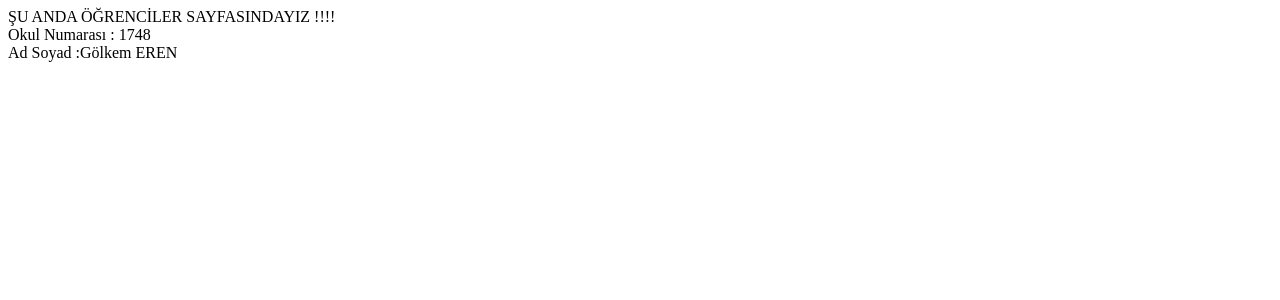
Repository: golkemeren/IleriJava101Java201Java301
Page: http://localhost/Displatcher_10/ogrenciler
The author's editor kept a copy of each file at every save. The page is drawn from the files as they stood at one save, then again after the next save.
The browser window is 1280 px wide. The pictures show the whole page.
The page is served by Tomcat 10.

Above is the page before, as saved 2023-03-22 20:23:16.

After the next save:
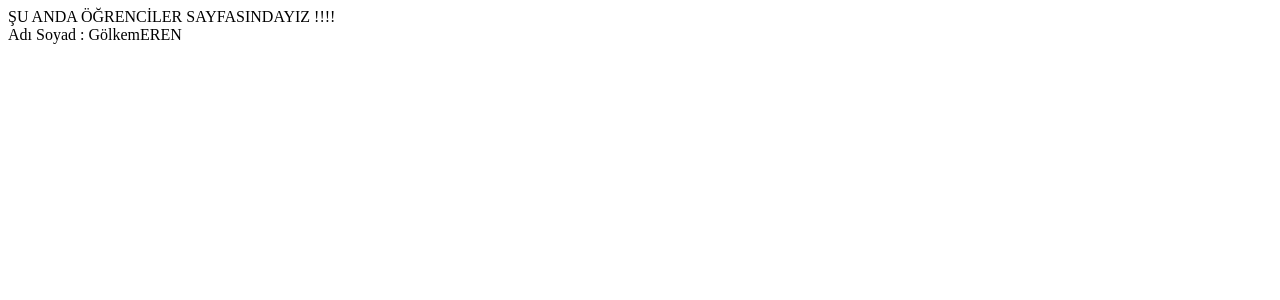
Saved 86 min 35 s later.
--- a/Displatcher_10/src/main/webapp/jspUseBean/ogrenciler.jsp
+++ b/Displatcher_10/src/main/webapp/jspUseBean/ogrenciler.jsp
@@ -16,9 +16,7 @@
 
  <% Ogrenci o = (Ogrenci)request.getAttribute("ogrenci");%>
 
- <%= "Okul Numarası : " +o.getNo() + "<br>"
-		+ "Ad Soyad :" + o.getAd()+ " " +  o.getSoyad()
- %>
+ <%= "Adı Soyad : " + o.getAd() + "" + o.getSoyad()   %>
 
 </body>
 </html>
